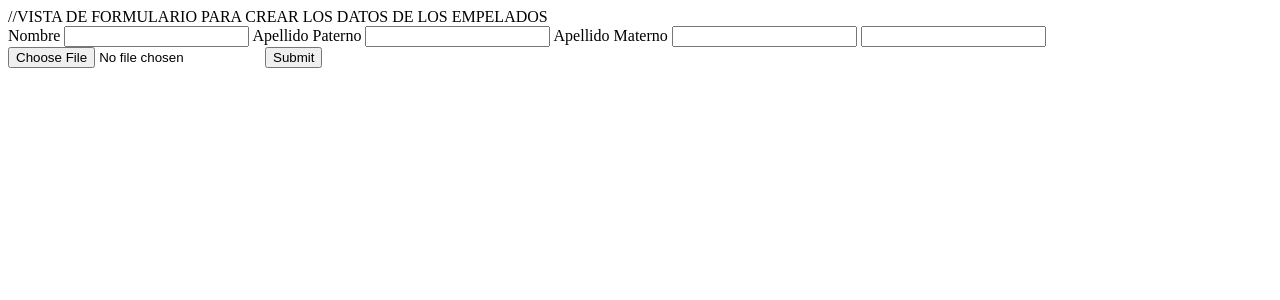
Repository: LionardoGomiz/CRUD-LARAVEL
Page: http://localhost/empleado/create
The author's editor kept a copy of each file at every save. The page is drawn from the files as they stood at one save, then again after the next save.
The browser window is 1280 px wide. The pictures show the whole page.
The page is served by the project's Laravel application, run on PHP 8.4 with Laravel 8. Other server files are loaded and not shown.

Above is the page before, as saved 2021-08-02 14:45:29.

### CRUD-Laravel/routes/web.php
<?php

use Illuminate\Support\Facades\Route;
use App\Http\Controllers\EmpleadoController; //IMPORTAR EL CONTROLADOR A USAR
/*
|--------------------------------------------------------------------------
| Web Routes
|--------------------------------------------------------------------------
|
| Here is where you can register web routes for your application. These
| routes are loaded by the RouteServiceProvider within a group which
| contains the "web" middleware group. Now create something great!
|
*/

Route::get('/', function () {
    return view('welcome');
});

//RUTA PARA ACCEDER A MIS VISTAS
Route::get('/empleado', function () {
    return view('empleado.index');
});

//RUTA PARA ACCEDER A LOS METODOS DE MI CONTROLADOR DE FORMA INDIVIDUAL
Route::get('/empleado/create', [EmpleadoController::class,'create']);

//RUTA PARA ACCEDER A TODOS LOS METODOS DE MI CONTROLADOR
Route::resource('empleado',EmpleadoController::class);

### CRUD-Laravel/app/Http/Controllers/EmpleadoController.php
<?php

namespace App\Http\Controllers;

use App\Models\Empleado;
use Illuminate\Http\Request;

class EmpleadoController extends Controller
{
    /**
     * Display a listing of the resource.
     *
     * @return \Illuminate\Http\Response
     */
    public function index()
    {
        return view('empleado.index');
    }

    /**
     * Show the form for creating a new resource.
     *
     * @return \Illuminate\Http\Response
     */
    public function create()
    {
        return view('empleado.create');
    }

    /**
     * Store a newly created resource in storage.
     *
     * @param  \Illuminate\Http\Request  $request
     * @return \Illuminate\Http\Response
     */
    public function store(Request $request)
    {
        //
    }

    /**
     * Display the specified resource.
     *
     * @param  \App\Models\Empleado  $empleado
     * @return \Illuminate\Http\Response
     */
    public function show(Empleado $empleado)
    {
        //
    }

    /**
     * Show the form for editing the specified resource.
     *
     * @param  \App\Models\Empleado  $empleado
     * @return \Illuminate\Http\Response
     */
    public function edit(Empleado $empleado)
    {
        //
    }

    /**
     * Update the specified resource in storage.
     *
     * @param  \Illuminate\Http\Request  $request
     * @param  \App\Models\Empleado  $empleado
     * @return \Illuminate\Http\Response
     */
    public function update(Request $request, Empleado $empleado)
    {
        //
    }

    /**
     * Remove the specified resource from storage.
     *
     * @param  \App\Models\Empleado  $empleado
     * @return \Illuminate\Http\Response
     */
    public function destroy(Empleado $empleado)
    {
        //
    }
}

### CRUD-Laravel/resources/views/empleado/create.blade.php
//VISTA DE FORMULARIO PARA CREAR LOS DATOS DE LOS EMPELADOS
<form action="" method="POST" enctype="multipart/form-data">
    <label for="Nombre">Nombre</label>
<input type="text" name="Nombre">
    <label for="ApellidoPaterno">Apellido Paterno</label>
<input type="text" name="ApellidoPaterno">
    <label for="ApellidoMaterno">Apellido Materno</label>
<input type="text" name="ApellidoMaterno">
    <label for=""></label>
<input type="text" name="Correo">
    <label for=""></label>
<input type="file" name="Foto">
    <label for=""></label>
<input type="submit" name="Enviar">
</form>

Loaded but not shown: CRUD-Laravel/app/Http/Controllers/Controller.php (common file)

After the next save:
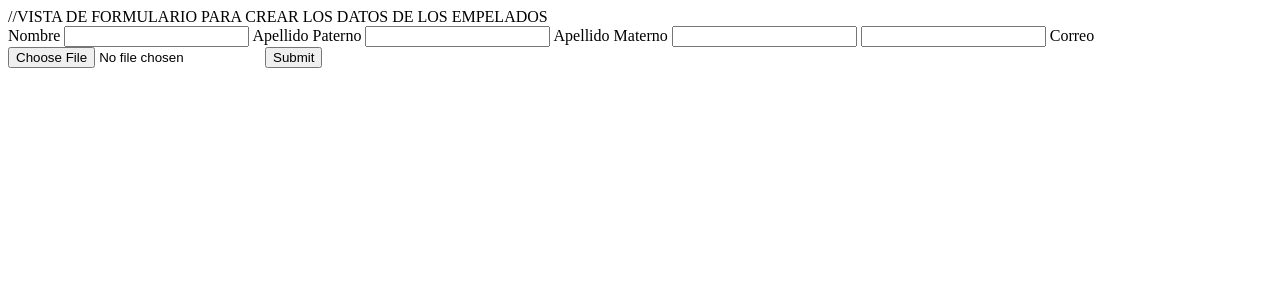
Saved 13 s later.
--- a/CRUD-Laravel/resources/views/empleado/create.blade.php
+++ b/CRUD-Laravel/resources/views/empleado/create.blade.php
@@ -8,7 +8,7 @@
 <input type="text" name="ApellidoMaterno">
     <label for=""></label>
 <input type="text" name="Correo">
-    <label for=""></label>
+    <label for="Correo">Correo</label>
 <input type="file" name="Foto">
     <label for=""></label>
 <input type="submit" name="Enviar">
